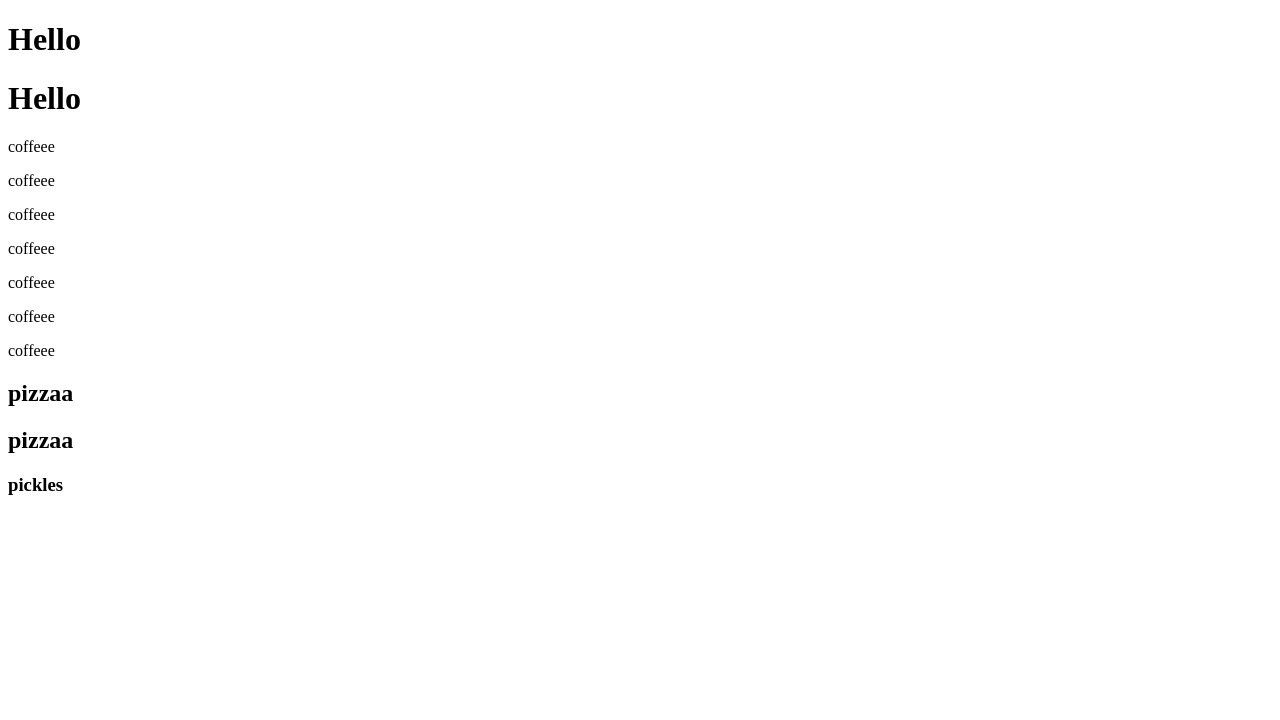
Repository: sierralaurent/MDIA2109-Assignment01
Page: /about
The author's editor kept a copy of each file at every save. The page is drawn from the files as they stood at one save, then again after the next save.
The browser window is 1280 px wide. The pictures show the whole page.
The project was rebuilt for these pictures with package versions that can differ from the ones it lists, and the page was loaded fresh each time. The framework's server and built-in components were replaced by stand-ins that run in the browser. Also part of the build but not shown: next.config.js, styles/Home.module.css.

Above is the page before, as saved 2023-01-31 09:28:35.

### pages/about.js
import Head from 'next/head'
import Image from 'next/image'
import { Inter } from '@next/font/google'
import styles from '@/styles/Home.module.css'
import Link from 'next/link'

export default function About() {
    return (
        <>
        <Head>
        <title>About Us</title>
        <meta name="author" content="MDIA 2109" />
        <meta property="og:title" content="Assignment #1 - About Us Page" />
        <meta property="og:description" content="BCIT Digital Design and Development Diploma" />
        <link rel="icon" href="/favicon.png" />
      </Head>
      <main>
        <div>
        <h1>Hello</h1>
        <h1>Hello</h1>
        <div>
            <p>coffeee</p>
            <p>coffeee</p>
            <p>coffeee</p>
            <p>coffeee</p>
            <p>coffeee</p>
            <p>coffeee</p>
            <p>coffeee</p>
            <div>
                <h2>pizzaa</h2>
                <h2>pizzaa</h2>
            </div>
            <div>
                <h3>pickles</h3>
            </div>
        </div>
        </div>
        <div className="carouselImage">
        <img src="/icons/leftArrow.png" alt="leftArrow"></img>
        <img src="/icons/rightArrow.png" alt="rightArrow"></img>
        </div>
      </main>
        </>

    )
  }

Loaded but not shown: pages/_document.js (common file); pages/api/hello.js (common file)

After the next save:
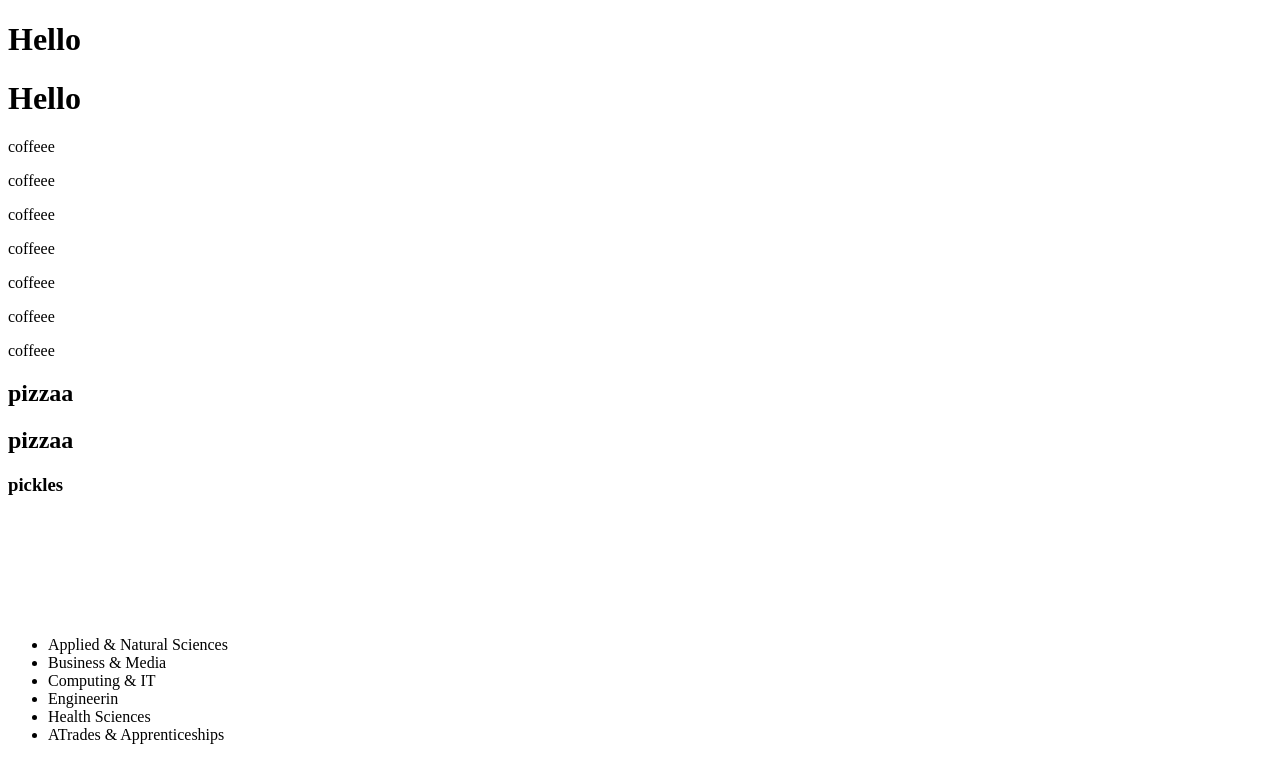
Saved 4 min 2 s later.
--- a/pages/about.js
+++ b/pages/about.js
@@ -38,6 +38,14 @@ export default function About() {
         <div className="carouselImage">
         <img src="/icons/leftArrow.png" alt="leftArrow"></img>
         <img src="/icons/rightArrow.png" alt="rightArrow"></img>
+        <ul>
+            <li>Applied & Natural Sciences</li>
+            <li>Business & Media</li>
+            <li>Computing & IT</li>
+            <li>Engineerin</li>
+            <li>Health Sciences</li>
+            <li>ATrades & Apprenticeships</li>
+        </ul>
         </div>
       </main>
         </>
